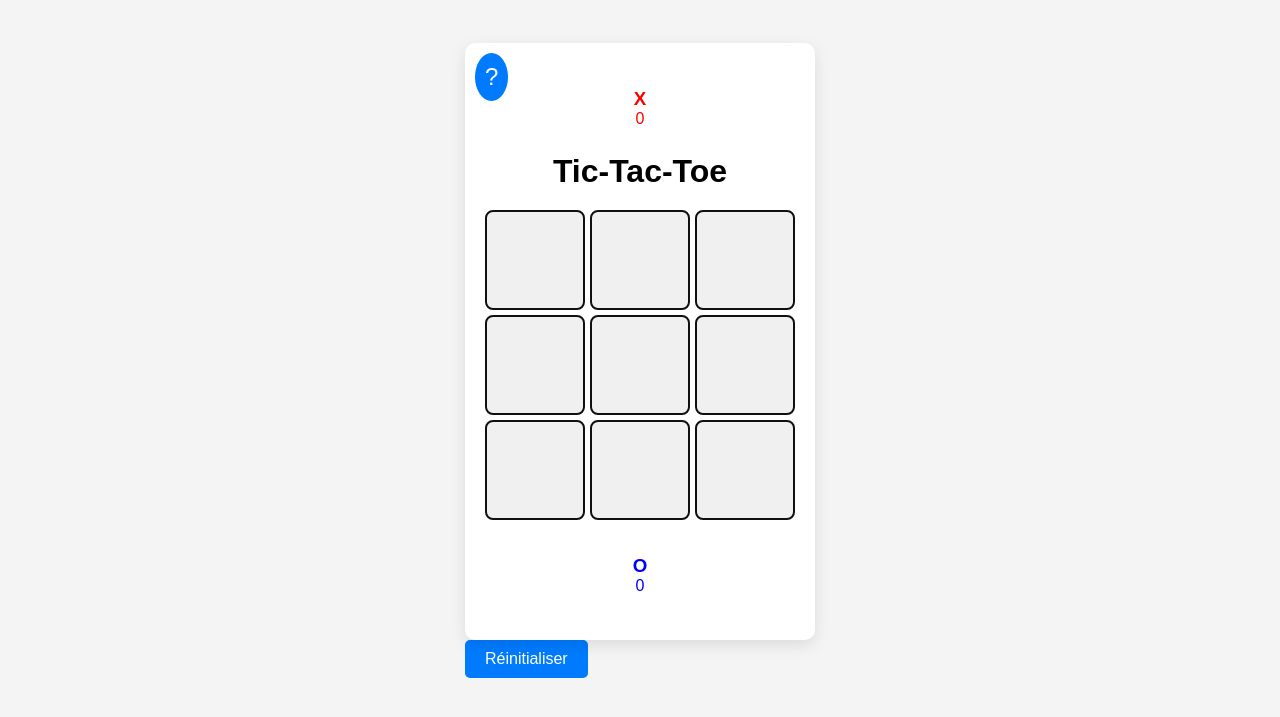
Repository: FTheo57/EvaluationGit
Page: index.html
The author's editor kept a copy of each file at every save. The page is drawn from the files as they stood at one save, then again after the next save.
The browser window is 1280 px wide. The pictures show the whole page.

Above is the page before, as saved 2025-03-10 16:43:23.
Console error: TypeError: Cannot set properties of null (setting 'textContent')

### index.html
<!DOCTYPE html>
<html lang="fr">
<head>
    <meta charset="UTF-8">
    <meta name="viewport" content="width=device-width, initial-scale=1.0">
    <title>Tic-Tac-Toe</title>
    <link rel="stylesheet" href="/css/styles.css">
</head>
<body>
    <div class="game-wrapper">
        <div class="container">
            <div class="score-container" id="score-x">
                <h3>X</h3>
                <p id="score-x-value">0</p>
            </div>
            <button class="rules-btn" id="rules-btn">?</button>
            <h1>Tic-Tac-Toe</h1>
            <div class="game-board" id="game-board">
                <div class="cell" data-index="0"></div>
                <div class="cell" data-index="1"></div>
                <div class="cell" data-index="2"></div>
                <div class="cell" data-index="3"></div>
                <div class="cell" data-index="4"></div>
                <div class="cell" data-index="5"></div>
                <div class="cell" data-index="6"></div>
                <div class="cell" data-index="7"></div>
                <div class="cell" data-index="8"></div>
            </div>
            <div class="score-container" id="score-o">
                <h3>O</h3>
                <p id="score-o-value">0</p>
            </div>
        </div>
        <button id="reset">Réinitialiser</button>
        <div class="popup" id="popup">
            <div class="popup-content">
                <h2>Règles du Jeu</h2>
                <ul>
                    <li>Deux joueurs jouent à tour de rôle.</li>
                    <li>Chaque joueur marque son symbole (X ou O) dans une cellule vide.</li>
                    <li>Le premier joueur à aligner trois de ses symboles horizontalement, verticalement ou en diagonale gagne.</li>
                    <li>Si toutes les cellules sont remplies sans gagnant, c'est un match nul.</li>
                </ul>
                <button id="close-popup">Fermer</button>
            </div>
        </div>
    </div>
    <script src="/js/script.js"></script>
</body>
</html>

### css/styles.css
* {
    margin: 0;
    padding: 0;
    box-sizing: border-box;
}

body {
    font-family: Arial, sans-serif;
    display: flex;
    justify-content: center;
    align-items: center;
    height: 100vh;
    background-color: #f4f4f4;
}

.container {
    text-align: center;
    background-color: white;
    padding: 20px;
    border-radius: 10px;
    box-shadow: 0 5px 15px rgba(0, 0, 0, 0.1);
    position: relative;
}

.score-container {
    text-align: center;
    padding: 15px;
    border-radius: 8px;
    margin: 10px;
}

#score-x {
    color: #ff0000;
    order : -1;
}

#score-o {
    color: #0000ff;
    order: 1;
}
h1 {
    margin-bottom: 20px;
    font-size: 2rem;
}

.game-board {
    order: 0;
    display: grid;
    grid-template-columns: repeat(3, 100px);
    grid-template-rows: repeat(3, 100px);
    gap: 5px;
    margin-bottom: 20px;
}

.cell {
    width: 100px;
    height: 100px;
    background-color: #f0f0f0;
    display: flex;
    justify-content: center;
    align-items: center;
    font-size: 2rem;
    cursor: pointer;
    border: 2px solid #101010;
    border-radius: 8px;
    transition: background-color 0.3s ease;
}

.cell:hover {
    background-color: #e0e0e0;
}

button {
    padding: 10px 20px;
    font-size: 1rem;
    cursor: pointer;
    background-color: #007bff;
    color: white;
    border: none;
    border-radius: 5px;
    transition: background-color 0.3s ease;
}

button:hover {
    background-color: #0056b3;
}
.rules-btn {
    position: absolute;
    top: 10px;
    left: 10px;
    padding: 10px;
    font-size: 1.5rem;
    background-color: #007bff;
    color: white;
    border: none;
    border-radius: 50%;
    cursor: pointer;
    transition: background-color 0.3s ease;
}

.rules-btn:hover {
    background-color: #0056b3;
}


.popup {
    display: none;
    position: fixed;
    top: 0;
    left: 0;
    width: 100%;
    height: 100%;
    background-color: rgba(0, 0, 0, 0.5);
    justify-content: center;
    align-items: center;
}

.popup-content {
    background-color: white;
    padding: 20px;
    border-radius: 10px;
    text-align: center;
    width: 300px;
}

.popup h2 {
    margin-bottom: 10px;
}

.popup ul {
    list-style-type: none;
    margin-bottom: 20px;
}

.popup button {
    background-color: #007bff;
    color: white;
    border: none;
    border-radius: 5px;
    padding: 10px;
    cursor: pointer;
}

.popup button:hover {
    background-color: #0056b3;
}

### js/script.js

const rulesBtn = document.getElementById('rules-btn');
const popup = document.getElementById('popup');
const closePopupBtn = document.getElementById('close-popup');


rulesBtn.addEventListener('click', () => {
    popup.style.display = 'flex';
});


closePopupBtn.addEventListener('click', () => {
    popup.style.display = 'none';
});
const cells = document.querySelectorAll(".cell");
const turnText = document.getElementById("turn");
const resetButton = document.getElementById("reset");

let currentPlayer = "X";
let board = ["", "", "", "", "", "", "", "", ""];

const winPatterns = [
  [0, 1, 2],
  [3, 4, 5],
  [6, 7, 8],
  [0, 3, 6],
  [1, 4, 7],
  [2, 5, 8],
  [0, 4, 8],
  [2, 4, 6],
];

function checkWin(player) {
  return winPatterns.some((pattern) =>
    pattern.every((index) => board[index] === player)
  );
}

function checkDraw() {
  return board.every((cell) => cell !== "");
}

function handleClick(event) {
  const index = event.target.dataset.index;

  if (board[index] !== "" || checkWin("X") || checkWin("O")) return;

  board[index] = currentPlayer;
  event.target.textContent = currentPlayer;

  if (checkWin(currentPlayer)) {
    turnText.textContent = `🎉 Le joueur ${currentPlayer} a gagné !`;
    return;
  }

  if (checkDraw()) {
    turnText.textContent = "Match nul !";
    return;
  }

  currentPlayer = currentPlayer === "X" ? "O" : "X";
  turnText.textContent = `Tour du joueur : ${currentPlayer}`;
}

function resetGame() {
  board = ["", "", "", "", "", "", "", "", ""];
  currentPlayer = "X";
  turnText.textContent = "Tour du joueur : X";
  cells.forEach((cell) => (cell.textContent = ""));
}

cells.forEach((cell) => cell.addEventListener("click", handleClick));
resetButton.addEventListener("click", resetGame);

turnText.textContent = "Tour du joueur : X";

After the next save:
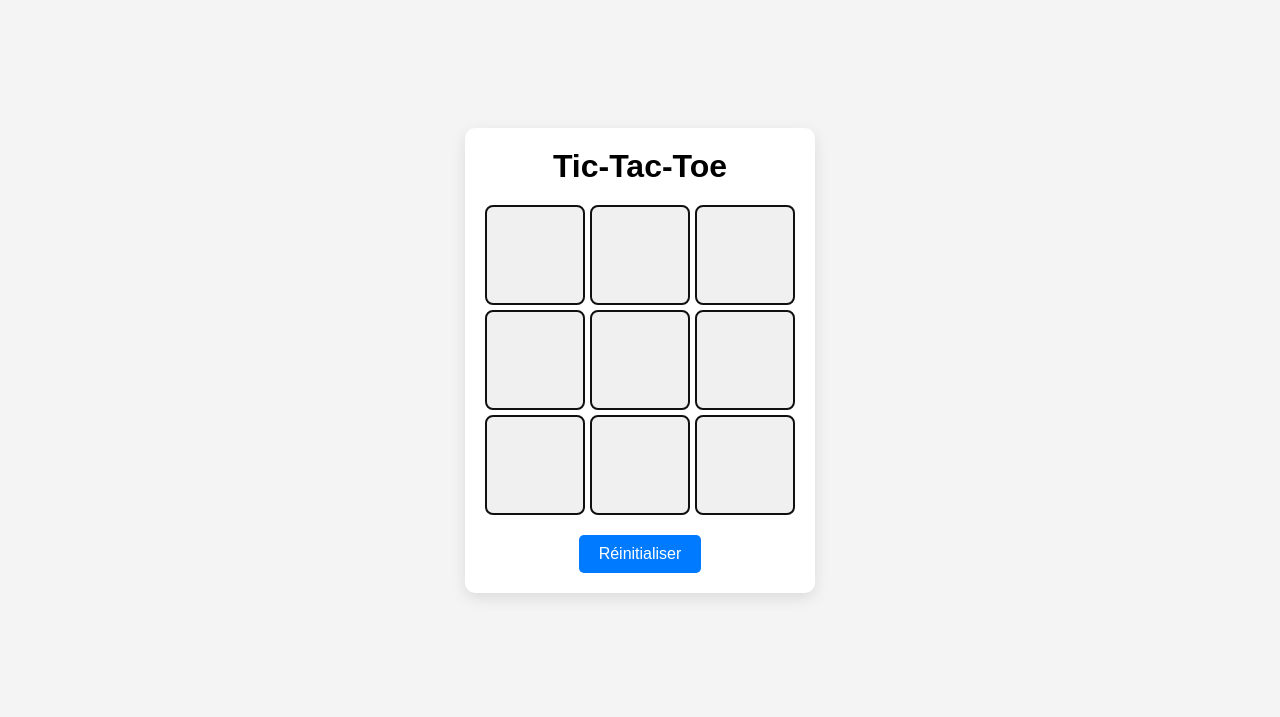
The error is gone.
Not found: script.js
Saved 12 s later.
--- a/index.html
+++ b/index.html
@@ -1,50 +1,28 @@
 <!DOCTYPE html>
 <html lang="fr">
-<head>
-    <meta charset="UTF-8">
-    <meta name="viewport" content="width=device-width, initial-scale=1.0">
+  <head>
+    <meta charset="UTF-8" />
+    <meta name="viewport" content="width=device-width, initial-scale=1.0" />
     <title>Tic-Tac-Toe</title>
-    <link rel="stylesheet" href="/css/styles.css">
+    <link rel="stylesheet" href="/css/styles.css"
 </head>
 <body>
-    <div class="game-wrapper">
-        <div class="container">
-            <div class="score-container" id="score-x">
-                <h3>X</h3>
-                <p id="score-x-value">0</p>
-            </div>
-            <button class="rules-btn" id="rules-btn">?</button>
-            <h1>Tic-Tac-Toe</h1>
-            <div class="game-board" id="game-board">
-                <div class="cell" data-index="0"></div>
-                <div class="cell" data-index="1"></div>
-                <div class="cell" data-index="2"></div>
-                <div class="cell" data-index="3"></div>
-                <div class="cell" data-index="4"></div>
-                <div class="cell" data-index="5"></div>
-                <div class="cell" data-index="6"></div>
-                <div class="cell" data-index="7"></div>
-                <div class="cell" data-index="8"></div>
-            </div>
-            <div class="score-container" id="score-o">
-                <h3>O</h3>
-                <p id="score-o-value">0</p>
-            </div>
+    <div class="container">
+        <h1>Tic-Tac-Toe</h1>
+        <div class="game-board" id="game-board">
+            <div class="cell" data-index="0"></div>
+            <div class="cell" data-index="1"></div>
+            <div class="cell" data-index="2"></div>
+            <div class="cell" data-index="3"></div>
+            <div class="cell" data-index="4"></div>
+            <div class="cell" data-index="5"></div>
+            <div class="cell" data-index="6"></div>
+            <div class="cell" data-index="7"></div>
+            <div class="cell" data-index="8"></div>
         </div>
         <button id="reset">Réinitialiser</button>
-        <div class="popup" id="popup">
-            <div class="popup-content">
-                <h2>Règles du Jeu</h2>
-                <ul>
-                    <li>Deux joueurs jouent à tour de rôle.</li>
-                    <li>Chaque joueur marque son symbole (X ou O) dans une cellule vide.</li>
-                    <li>Le premier joueur à aligner trois de ses symboles horizontalement, verticalement ou en diagonale gagne.</li>
-                    <li>Si toutes les cellules sont remplies sans gagnant, c'est un match nul.</li>
-                </ul>
-                <button id="close-popup">Fermer</button>
-            </div>
-        </div>
     </div>
-    <script src="/js/script.js"></script>
+
+    <script src="script.js"></script>
 </body>
 </html>
